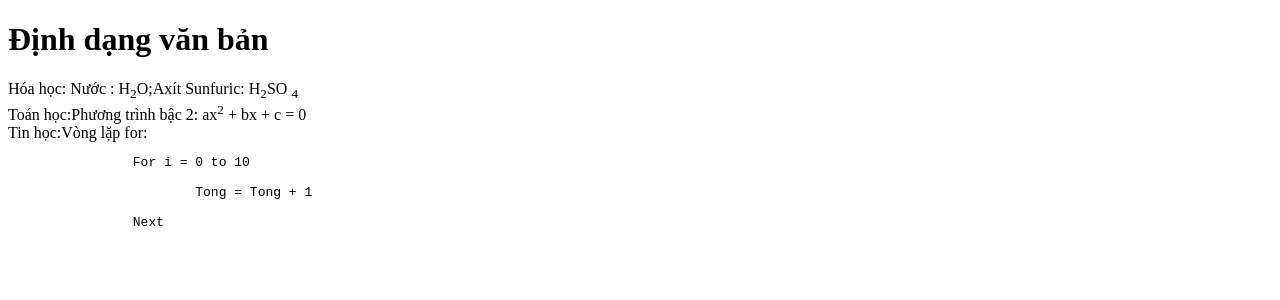
Repository: NgocTruong0701/Self_Learning
Page: html/practice/Baitapweb/Web3.2.3LeNgocTruong-2020601391.html
These files come from the project's save history. The page is drawn as it stood at one moment and after a run of saves; the edit follows.
The browser window is 1280 px wide. The pictures show the whole page.

Above is the page before, as saved 2021-09-29 23:43:21.

### html/practice/Baitapweb/Web3.2.3LeNgocTruong-2020601391.html
<!DOCTYPE html>
<html>
    <head>
        <title>Bài 3 Phiếu 2 Bài 3</title>
        <meta charset="UTF-8">
        <meta name="author" content="Lê Ngọc Trường">
        <style>

        </style>
    </head>
    <body>
        <h1 class="heading">Định dạng văn bản</h1>

        <div class="dong1">
            <span class="Tenmon">Hóa học: </span><span class="nghieng">Nước : </span>
            <span class="colorred">H<sub>2</sub>O</span>;<span class="nghieng">Axít Sunfuric: </span> <span class="colorred">H<sub>2</sub>SO <sub>4</sub></span>
        </div>
        <div class="dong2">
            <span class="Tenmon">Toán học:</span><span class="nghieng">Phương trình bậc 2:</span>
            <span class="colorred">ax<sup>2</sup> + bx + c = 0</span>
            <br>
            <span class="Tenmon">Tin học:</span><span class="nghieng">Vòng lặp for:
            <pre>
                For i = 0 to 10

                        Tong = Tong + 1

                Next
            </pre>
    </body>
</html>

After the next 2 saves:
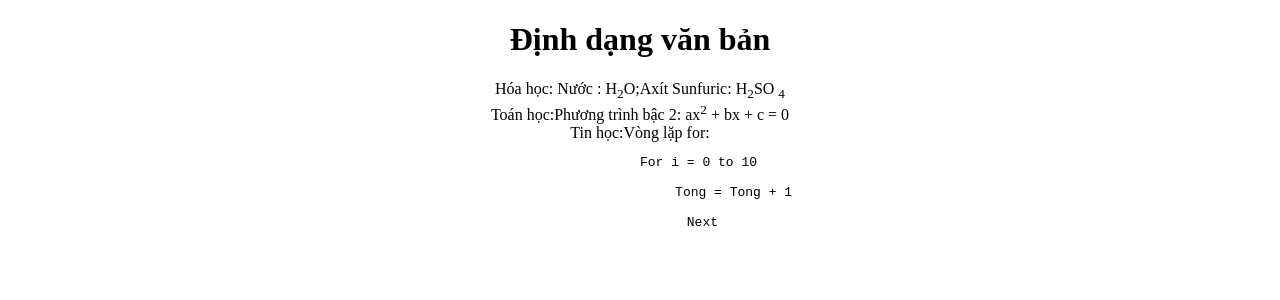
The 2 saves are shown as one change because they came seconds apart.
The last was saved 19 s later.
--- a/html/practice/Baitapweb/Web3.2.3LeNgocTruong-2020601391.html
+++ b/html/practice/Baitapweb/Web3.2.3LeNgocTruong-2020601391.html
@@ -5,7 +5,9 @@
         <meta charset="UTF-8">
         <meta name="author" content="Lê Ngọc Trường">
         <style>
-
+            body{
+                text-align: center;
+            }
         </style>
     </head>
     <body>

After the save that followed:
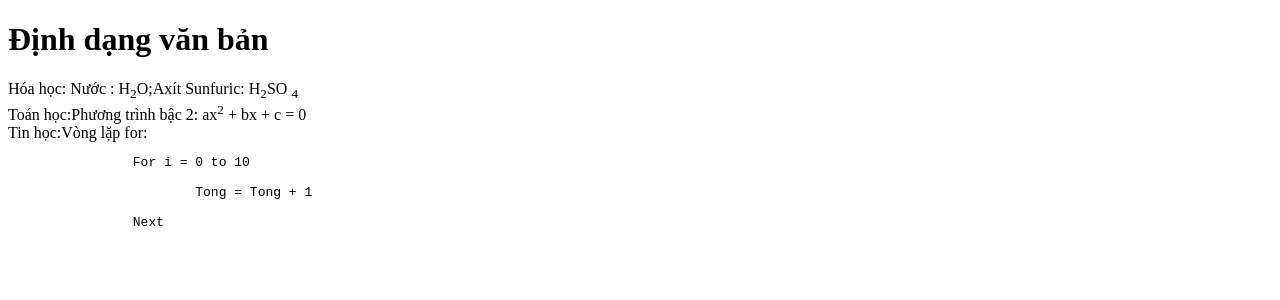
Saved 12 s later.
--- a/html/practice/Baitapweb/Web3.2.3LeNgocTruong-2020601391.html
+++ b/html/practice/Baitapweb/Web3.2.3LeNgocTruong-2020601391.html
@@ -5,9 +5,7 @@
         <meta charset="UTF-8">
         <meta name="author" content="Lê Ngọc Trường">
         <style>
-            body{
-                text-align: center;
-            }
+
         </style>
     </head>
     <body>
